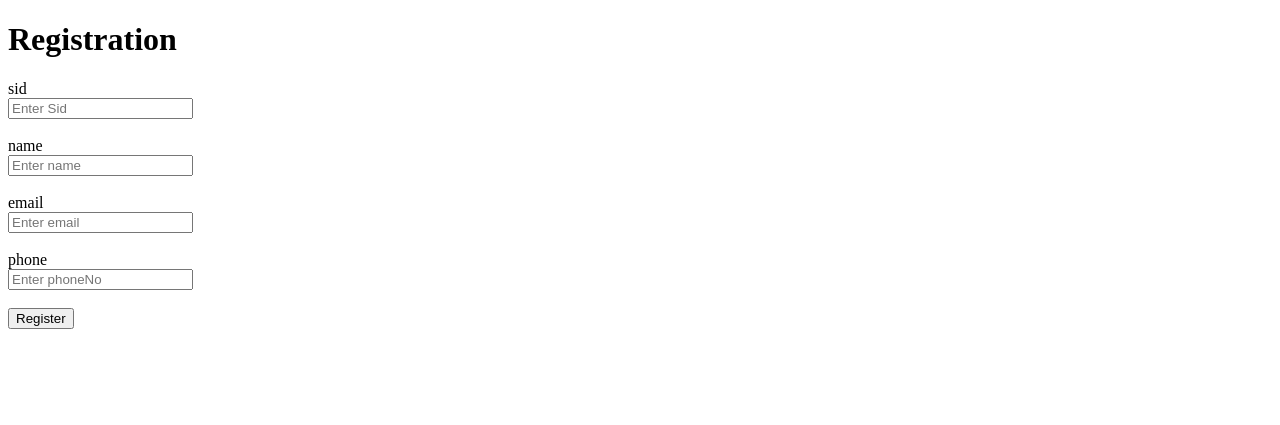
Repository: Madavahari/Servlets
Page: http://localhost/sms/register.jsp
The author's editor kept a copy of each file at every save. The page is drawn from the files as they stood at one save, then again after the next save.
The browser window is 1280 px wide. The pictures show the whole page.
The page is served by Tomcat 9. Other server files are loaded and not shown.

Above is the page before, as saved 2024-10-16 11:43:48.

### servlets/sms/src/main/webapp/register.jsp
<%@ page language="java" contentType="text/html; charset=UTF-8"
    pageEncoding="UTF-8"%>
<!DOCTYPE html>
<html>
<head>
<meta charset="UTF-8">
<title>register page</title>
</head>
<body>
<h1>Registration</h1>
<form action="register">
<label>sid</label><br>
<input type="text" name="sid" placeholder="Enter Sid"><br><br>
<label>name</label><br>
<input type="text" name="name" placeholder="Enter name"><br><br>
<label>email</label><br>
<input type="text" name="email" placeholder="Enter email"><br><br>
<label>phone</label><br>
<input type="text" name="phoneNo" placeholder="Enter phoneNo"><br><br>
<button type="submit">Register</button>
</form>
</body>
</html>

After the next save:
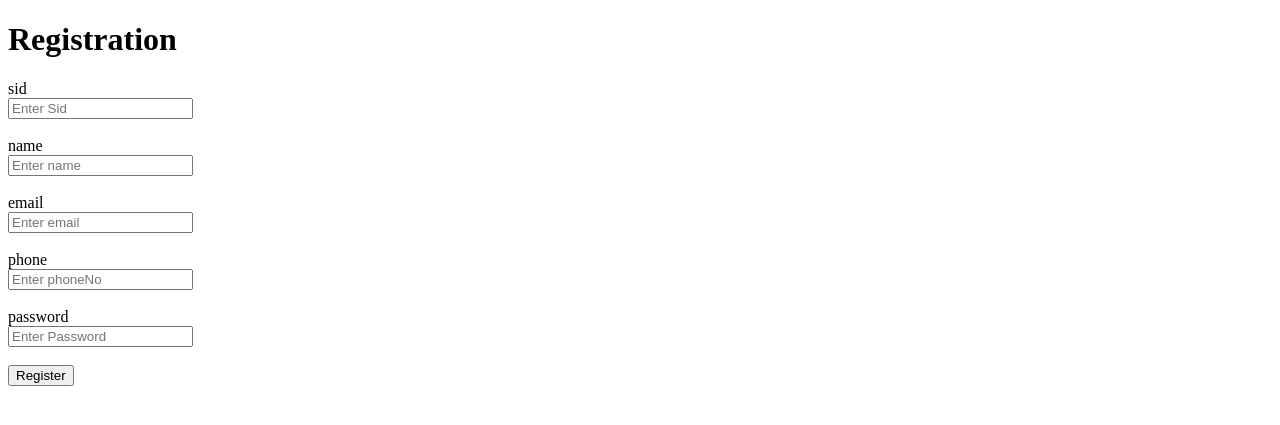
Saved 43 s later.
--- a/servlets/sms/src/main/webapp/register.jsp
+++ b/servlets/sms/src/main/webapp/register.jsp
@@ -17,6 +17,9 @@
 <input type="text" name="email" placeholder="Enter email"><br><br>
 <label>phone</label><br>
 <input type="text" name="phoneNo" placeholder="Enter phoneNo"><br><br>
+<label>password</label><br>
+<input type="text" name="password" placeholder="Enter Password"><br><br>
+
 <button type="submit">Register</button>
 </form>
 </body>
